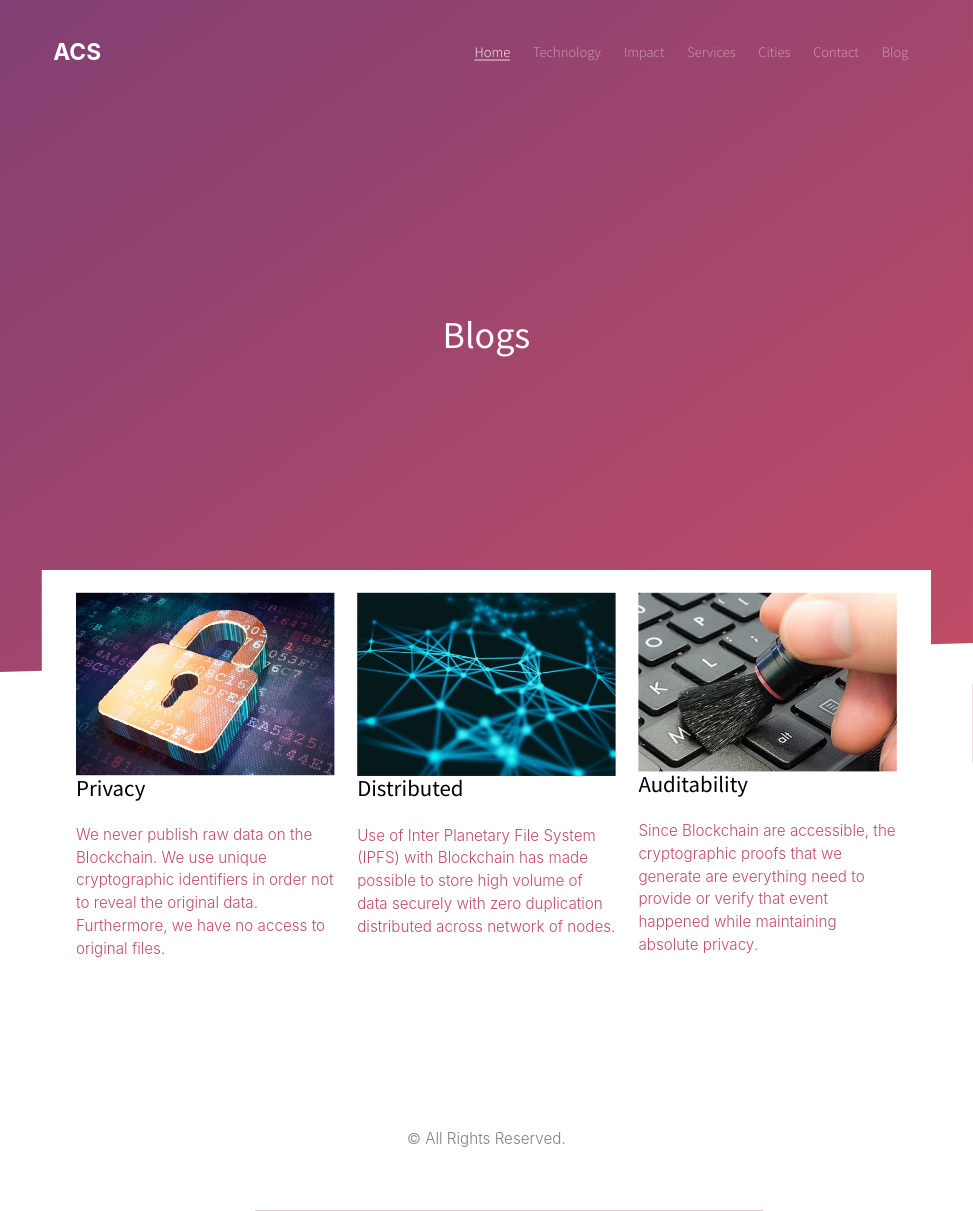
Repository: agarwalrahul-22/acs
Page: /blog
These files come from the project's save history. The page is drawn as it stood at one moment and after the next save; the edit follows.
The browser window is 1280 px wide. The pictures show the whole page, at 76% of full size.
Some web fonts or font styles are not loaded; a fallback is used. The project was rebuilt for these pictures with package versions that can differ from the ones it lists, and the page was loaded fresh each time. Also part of the build but not shown: src/components/main/LandingComponent.js, src/components/main/TechComponent.js, src/components/main/ImpactComponent.js, src/components/main/ServicesComponent.js, src/components/main/CitiesComponent.js, src/components/MainComponent.js.

Above is the page before, as saved 2022-10-10 22:06:35.

After the next save:
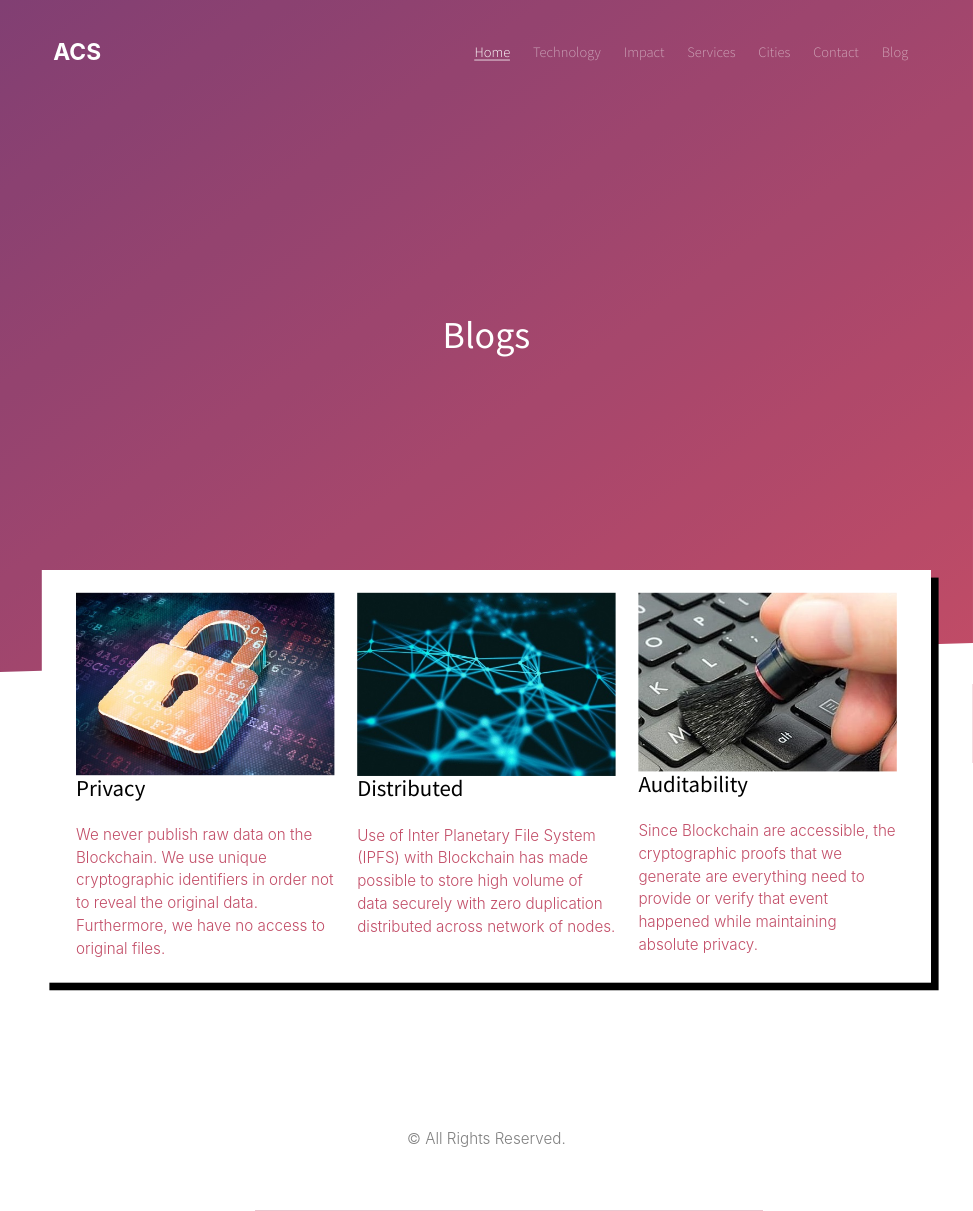
Saved 35 s later.
--- a/src/components/BlogComponent.js
+++ b/src/components/BlogComponent.js
@@ -30,7 +30,7 @@ function BlogComponent() {
       <section id="fh5co-intro">
         <div className="container">
           <div className="row row-bottom-padded-lg"
-          style={{backgroundColor:'white', padding:'30px', boxShadow:'10px'}}
+          style={{backgroundColor:'white', padding:'30px', boxShadow:'10px 10px black'}}
           >
             <div className="col-md-4 col-sm-6 col-xxs-12">
               <a
